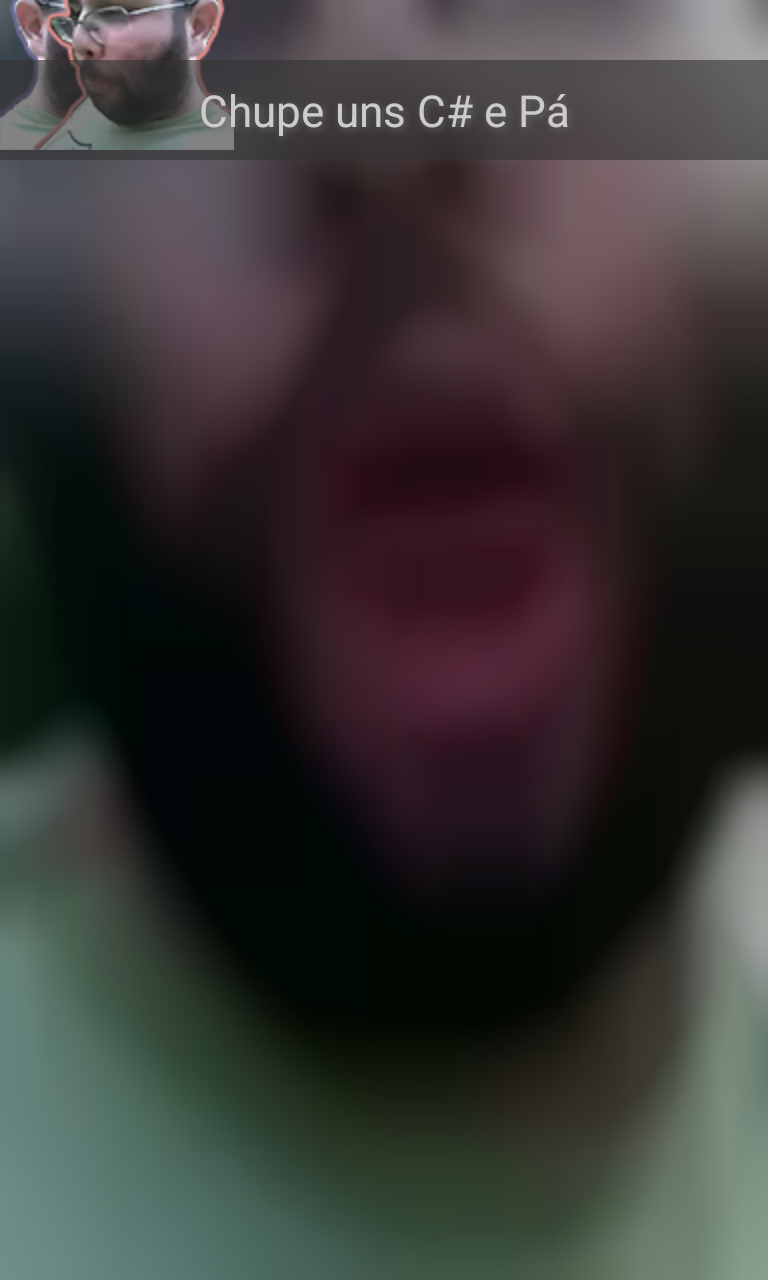
Repository: Cookahn/bioca_sounds
Layout: ChicoBiocaApp/res/layout/remix_activity.xml
An editor plug-in stored every save of this project. The layout is shown before and after a run of saves, followed by the edit.
It is drawn on a 768 x 1280 px phone screen (xhdpi) without system bars, with theme AppTheme; the app's code is not run.

Above is the layout before, as saved 2014-08-14 11:16:53.

### ChicoBiocaApp/res/layout/remix_activity.xml
<?xml version="1.0" encoding="utf-8"?>
<LinearLayout xmlns:android="http://schemas.android.com/apk/res/android"
    android:layout_width="match_parent"
    android:layout_height="match_parent"
    android:background="@drawable/backgroundtofuck"
    android:orientation="vertical" >

    <RelativeLayout
        android:layout_width="match_parent"
        android:layout_height="wrap_content" >

        <ImageView
            android:layout_width="wrap_content"
            android:layout_height="wrap_content"
            android:layout_gravity="left"
            android:background="@drawable/bioca_side_purple" />

        <ImageView
            android:layout_width="wrap_content"
            android:layout_height="wrap_content"
            android:gravity="right"
            android:background="@drawable/bioca_side_pink" />

        <TextView
            android:id="@+id/text_bioca"
            android:layout_width="match_parent"
            android:layout_height="50dp"
            android:layout_marginBottom="30dp"
            android:layout_marginTop="30dp"
            android:background="#99333333"
            android:gravity="center"
            android:shadowColor="#666"
            android:shadowDx="2"
            android:shadowDy="2"
            android:shadowRadius="6"
            android:text="@string/suck_an_ass_and_pa"
            android:textColor="#ccc"
            android:textSize="22sp" />
    </RelativeLayout>

    <ScrollView
        android:layout_width="match_parent"
        android:layout_height="match_parent" >

        <LinearLayout
            android:id="@+id/linear_button"
            android:layout_width="match_parent"
            android:layout_height="wrap_content"
            android:gravity="center_horizontal"
            android:orientation="vertical" >
        </LinearLayout>
    </ScrollView>

</LinearLayout>

### ChicoBiocaApp/res/values/strings.xml
<?xml version="1.0" encoding="utf-8"?>
<resources>

    <string name="app_name">Chico Bioca Remix</string>
    <string name="are_you_ready">Está preparado para a melhor TRANSA da sua Vida?</string>
    <string name="action_settings">Settings</string>
    <string name="i_want_to_fuck">Quero Transá</string>
    <string name="suck_an_ass_and_pa">Chupe uns C# e Pá</string>
    <string name="clean_version">Clean Version:</string>
    <string name="yes">Sim</string>
    <string name="no">Não</string>

    <!-- Bioca phrases -->
    <string name="i_want_to_know">Eu quero sabê</string>
    <string name="who_fuck">Quem é que transa</string>
    <string name="who_fuck_in_this_shit">Quem transa nessa porra</string>
    <string name="gluu">Gluuu</string>
    <string name="glooe">Gloooe</string>
    <string name="anal_sex">Sexo Anal</string>
    <string name="lh_smack">Lhlhlh smack</string>
    <string name="suck_an_ass">Chupá um cú</string>
    <string name="pa_and">Pá e sei que lá</string>
    <string name="have_sex">Transá mesmo</string>
    <string name="fuck_vagina">Comer vagina</string>
    <string name="everything">Tudo mais</string>
    <string name="i_dont_wanna_know">Quero nem saber nesse caraio</string>
    <string name="in_this_shit">Nessa porra</string>
    <string name="cool_tocacco">Um tabaco bem massa</string>
    <string name="for_us">Pra gente</string>
    <string name="pff">Pff</string>
    <string name="pff_pff">Pff Pfff</string>
    <string name="pff_pff_pff">Pf Pff Pfff</string>
    <string name="fuck_until">Fudê até o talo</string>
    <string name="aoe">Aeaoeaoeeae</string>

    <string-array name="phraseBioca">
        <item name="i_want_to_know">Sabê</item>
        <item name="who_fuck">Transa</item>
        <item name="who_fuck_in_this_shit">Transa nessa</item>
        <item name="gluu">Gluuu</item>
        <item name="glooe">Gloooe</item>
        <item name="anal_sex">Sexo Anal</item>
        <item name="lh_smack">Lhlhlh smack</item>
        <item name="suck_an_ass">Chupá um cú</item>
        <item name="pa_and">Sei que lá</item>
        <item name="have_sex">Transá mesmo</item>
        <item name="fuck_vagina">Comer vagina</item>
        <item name="everything">Tudo mais</item>
        <item name="i_dont_wanna_know">Quero nem sabê</item>
        <item name="in_this_shit">Nessa porra</item>
        <item name="cool_tocacco">Tabaco massa</item>
        <item name="pff">Pff 1</item>
   	    <item name="pff_pff">Pff 2</item>
        <item name="pff_pff_pff">Pff 3</item>
        <item name="fuck_until">Até Talo</item>
        <item name="aoe">Aoeaoe</item>
        <item name="aoe">Aeaoeaoeeae</item>

    </string-array>

    <string-array name="title_bioca">
    <item name="i_want_to_know">Eu quero sabê</item>
	<item name="who_fuck">Quem é que transa</item>
	<item name="who_fuck_in_this_shit">Quem transa nessa porra</item>
	<item name="gluu">Gluuu Gluuu</item>
	<item name="glooe">Gloooe</item>
	<item name="anal_sex">Sexo Anal</item>
	<item name="lh_smack">Lhlhlh smack</item>
	<item name="suck_an_ass">Chupá um cú</item>
	<item name="pa_and">Pá e sei que lá</item>
	<item name="have_sex">Transá mesmo</item>
	<item name="fuck_vagina">Comer vagina</item>
	<item name="everything">Tudo mais</item>
	<item name="i_dont_wanna_know">Quero nem saber nesse caraio</item>
	<item name="in_this_shit">Nessa porra</item>
	<item name="cool_tocacco">Um tabaco bem massa pra gente</item>
	<item name="pff">Pff</item>
	<item name="pff_pff">Pff Pfff</item>
	<item name="pff_pff_pff">Pf Pff Pfff</item>
	<item name="fuck_until">Fudê até o talo</item>
	<item name="aoe">Aeaoeaoeeae</item>
    </string-array>

</resources>

Loaded but not shown: ChicoBiocaApp/res/values/styles.xml (common file); ChicoBiocaApp/res/values-v11/styles.xml (common file); ChicoBiocaApp/res/values-v14/styles.xml (common file)

After the next 2 saves:
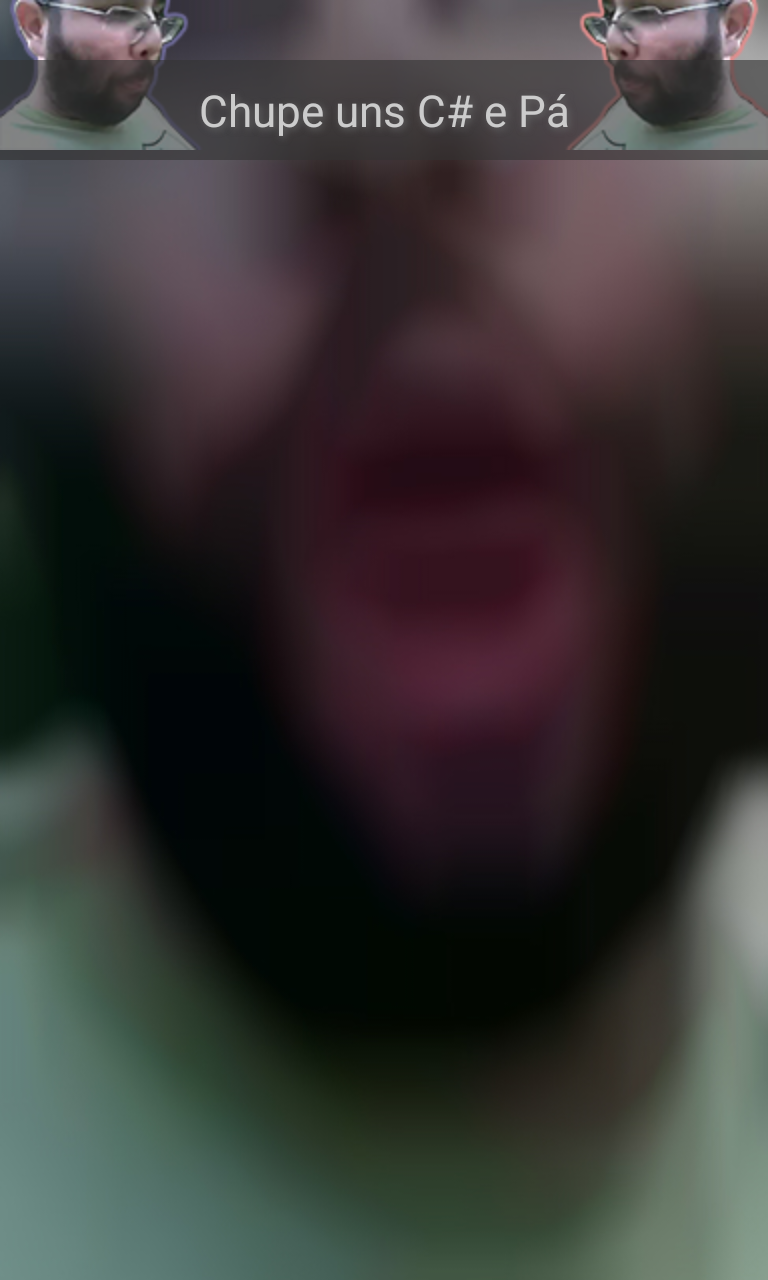
The 2 saves are shown as one change because they came seconds apart.
The last was saved 15 s later.
--- a/ChicoBiocaApp/res/layout/remix_activity.xml
+++ b/ChicoBiocaApp/res/layout/remix_activity.xml
@@ -18,7 +18,7 @@
         <ImageView
             android:layout_width="wrap_content"
             android:layout_height="wrap_content"
-            android:gravity="right"
+            android:layout_alignParentRight="true"
             android:background="@drawable/bioca_side_pink" />
 
         <TextView
